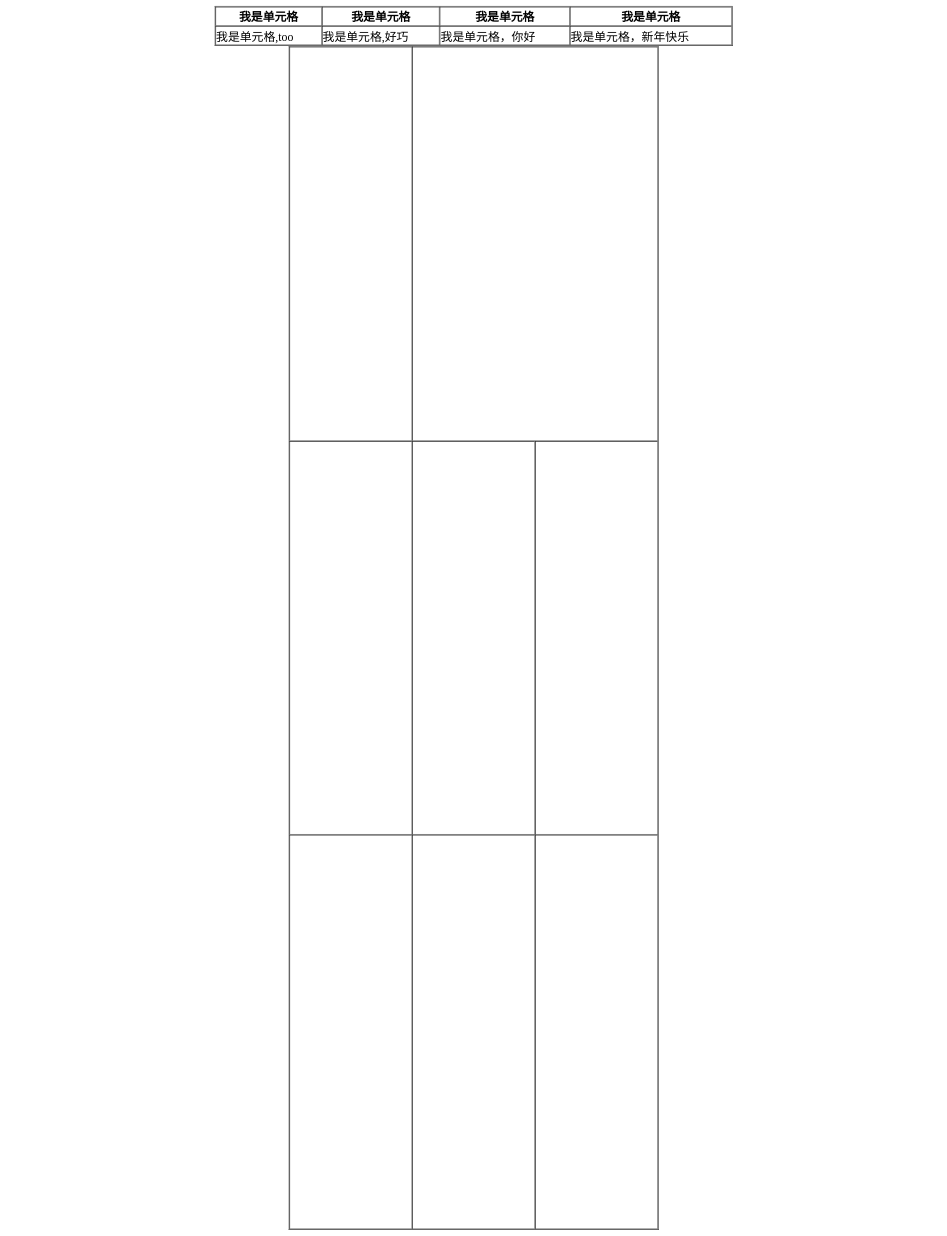
Repository: Qwenicq/My_project
Page: html/HTML_learning/2_html.html
An editor plug-in stored every save of this project. The page is shown before and after the next save, followed by the edit.
The browser window is 1280 px wide. The pictures show the whole page, at 74% of full size.

Above is the page before, as saved 2023-03-28 21:18:33.

After the next save:
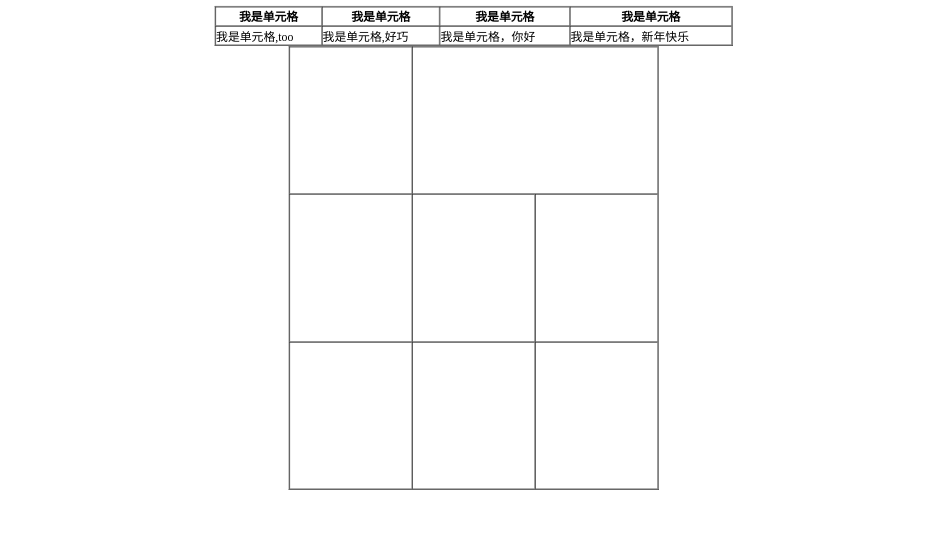
Saved 4 s later.
--- a/html/HTML_learning/2_html.html
+++ b/html/HTML_learning/2_html.html
@@ -29,7 +29,7 @@
      </tbody>
 
     </table>
-    <table align="center" height="1600" width="500" border="1" cellspacing="0">
+    <table align="center" height="600" width="500" border="1" cellspacing="0">
         <tr>
             <td></td>
             <td colspan="2"></td>
